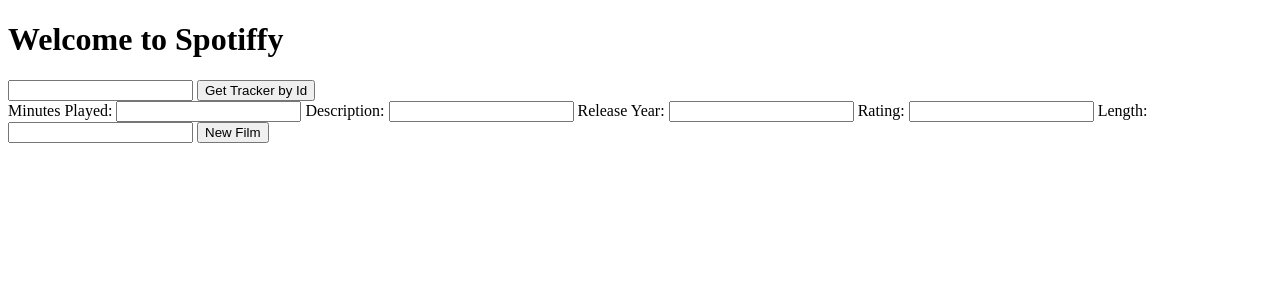
Repository: wcylou/EventTrackerProject
Page: SpotifyREST/src/main/webapp/index.html
The author's editor kept a copy of each file at every save. The page is drawn from the files as they stood at one save, then again after the next save.
The browser window is 1280 px wide. The pictures show the whole page.

Above is the page before, as saved 2018-07-18 22:39:24.
Console error: TypeError: Cannot read properties of undefined (reading 'lookup')

### SpotifyREST/src/main/webapp/index.html
<!DOCTYPE html>
<html lang="en" dir="ltr">
  <head>
    <meta charset="utf-8">
    <title></title>
  </head>
  <body>
  <h1>Welcome to Spotiffy</h1>

  <form name="inputForm">
    <input type="number" name="trackerId">
    <button name="lookup">Get Tracker by Id</button>
  </form>

  <form name="createTrackerForm" id="createTrackerForm">
    Minutes Played: <input type="number" name="minutesPlayed">
    Description: <input type="text" name="description">
    Release Year: <input type="text" name="releaseYear">
    Rating: <input type="text" name="rating">
    Length: <input type="text" name="length">
    <button name="create">New Film</button>
  </form>

  <div id="output">
    <div id="filmData"></div>
    <div id="actorData"></div>
  </div>


    <script src="script.js" charset="utf-8"></script>
  </body>
</html>

### SpotifyREST/src/main/webapp/js/script.js
window.addEventListener('load', function(e) {
  console.log('document loaded');
  init();
});

function init() {
  document.filmForm.lookup.addEventListener('click', function(event) {
    event.preventDefault();
    var filmId = document.filmForm.filmId.value;
    if (!isNaN(filmId) && filmId > 0) {
      getFilm(filmId);
    }
  })
  document.createFilmForm.create.addEventListener('click', function(event) {
	  event.preventDefault();
	  createFilm();
  })
}

function getFilm(filmId) {
  // TODO:
  // * Use XMLHttpRequest to perform a GET request to "api/films/"
  //   with the filmId appended.
  // * On success, if a response was received parse the film data
  //   and pass the film object to displayFilm().
  // * On failure, or if no response text was received, put "Film not found"
  //   in the filmData div.
	var xhr = new XMLHttpRequest();

	var filmData = document.getElementById("filmData");
	var link = "api/films/" + filmId;
	xhr.open('GET', link, true);

	xhr.onreadystatechange = function() {
		if (xhr.readyState === 4 && xhr.status < 400) {
			var film = JSON.parse(xhr.responseText);
			displayFilm(film);
			getActors(filmId);
		}

		if (xhr.readyState === 4 && xhr.status >= 400) {
			console.log("test");
			filmData.textContent = "Film not found";
		}
	};
	xhr.send(null);

}
function getActors(filmId) {
	// TODO:
	// * Use XMLHttpRequest to perform a GET request to "api/films/"
	//   with the filmId appended.
	// * On success, if a response was received parse the film data
	//   and pass the film object to displayFilm().
	// * On failure, or if no response text was received, put "Film not found"
	//   in the filmData div.
	var xhr = new XMLHttpRequest();

	var actorData = document.getElementById("actorData");
	var link = "api/films/" + filmId + "/actors";
	xhr.open('GET', link, true);

	xhr.onreadystatechange = function() {
		if (xhr.readyState === 4 && xhr.status < 400) {
			var actors = JSON.parse(xhr.responseText);
			displayActors(actors);

		}

		if (xhr.readyState === 4 && xhr.status >= 400) {
			actorData.textContent = "Actors not found";
		}
	};
	xhr.send(null);

}

function displayFilm(film) {
  var dataDiv = document.getElementById('filmData');
  dataDiv.textContent = '';
  // TODO:
  // * Create and append elements to the data div to display:
  // * Film title (h1) and description (blockquote).
  // * Rating, release year, and length as an unordered list.

  var header = document.createElement('h1');
  header.textContent = film.title;
  var body = document.createElement('blockquote');
  body.textContent = film.description;
  var ul = document.createElement('ul');
  var li = document.createElement('li');
  var li2 = document.createElement('li');
  var li3 = document.createElement('li');
  li.textContent = film.rating;
  li2.textContent = film.releaseYear;
  li3.textContent = film.length;
  ul.appendChild(li);
  ul.appendChild(li2);
  ul.appendChild(li3);
  dataDiv.appendChild(header);
  dataDiv.appendChild(body);
  dataDiv.appendChild(ul);
}

function displayActors(actors) {
	var actorDiv = document.getElementById('actorData');
	  actorDiv.textContent = '';
	  var ul = document.createElement('ul');

	  actors.forEach(function(e) {
		  var li = document.createElement('li');
		  li.textContent = e.firstName + " " + e.lastName;
		  ul.appendChild(li);
	  });
	  actorDiv.appendChild(ul);
}

function createFilm() {
	var form = document.getElementById('createFilmForm');
	var film = {};
	film.title = form.filmTitle.value;
	film.description = form.description.value;
	film.releaseYear = Number(form.releaseYear.value);
	film.rating = form.rating.value;
	film.length = Number(form.length.value);
	console.log(film);
	var xhr = new XMLHttpRequest();
	xhr.open("POST", "api/films", true);
	xhr.setRequestHeader("Content-Type", "application/json");
	xhr.onreadystatechange = function() {
		if (xhr.readyState === 4 && xhr.status < 400) {
			var film = JSON.parse(xhr.responseText);
			displayFilm(film);

		}

		if (xhr.readyState === 4 && xhr.status >= 400) {
			actorData.textContent = "Film not created";
		}
	};
	xhr.send(JSON.stringify(film));
}

After the next save:
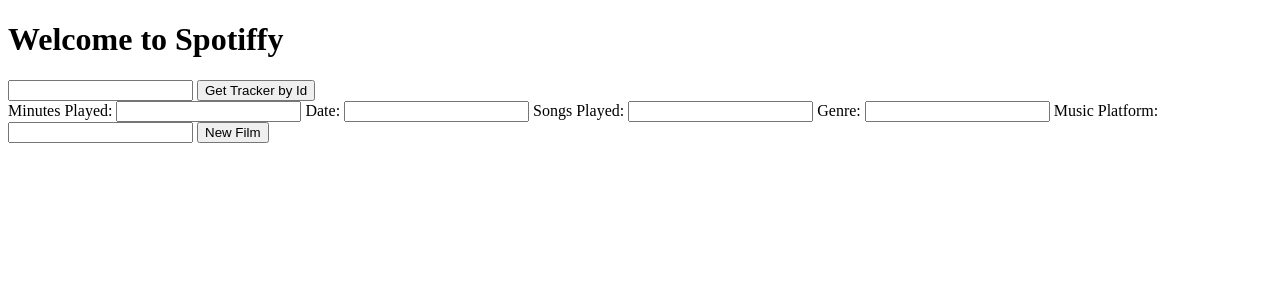
Saved 22 s later.
--- a/SpotifyREST/src/main/webapp/index.html
+++ b/SpotifyREST/src/main/webapp/index.html
@@ -14,10 +14,10 @@
 
   <form name="createTrackerForm" id="createTrackerForm">
     Minutes Played: <input type="number" name="minutesPlayed">
-    Description: <input type="text" name="description">
-    Release Year: <input type="text" name="releaseYear">
-    Rating: <input type="text" name="rating">
-    Length: <input type="text" name="length">
+    Date: <input type="text" name="description">
+    Songs Played: <input type="text" name="releaseYear">
+    Genre: <input type="text" name="rating">
+    Music Platform: <input type="text" name="length">
     <button name="create">New Film</button>
   </form>
 
